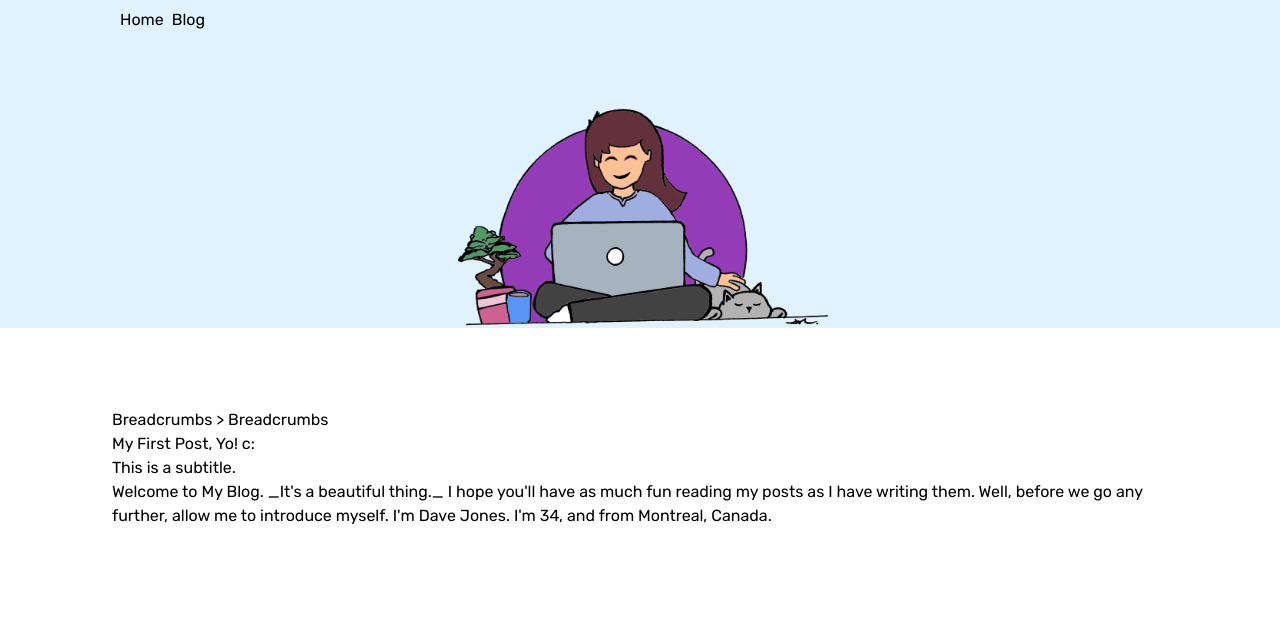
Repository: Risclover/markdown-blog
Page: /posts/1
An editor plug-in stored every save of this project. The page is shown before and after the next save, followed by the edit.
The browser window is 1280 px wide. The pictures show the whole page.
The project was rebuilt for these pictures with package versions that can differ from the ones it lists, and the page was loaded fresh each time. Also part of the build but not shown: src/components/BlogPost.js, src/pages/Home/Categories.js, src/pages/Home/Home.js, src/ErrorBoundary.js.

Above is the page before, as saved 2023-06-30 00:24:17.

### src/index.js
import React from "react";
import ReactDOM from "react-dom/client";
import { createBrowserRouter, RouterProvider } from "react-router-dom";
import "./fonts/wotfard-cufonfonts-webfont/style.css";
import postList from "./posts.json";

import "./index.css";
import App from "./App";
import ErrorPage from "./ErrorBoundary";
import PostPage from "./pages/PostPage/PostPage";
import Home from "./pages/Home/Home";
import ErrorBoundary from "./ErrorBoundary";

const router = createBrowserRouter([
  {
    path: "/",
    element: <App />,
    children: [
      {
        path: "/",
        element: <Home />,
        errorElement: <ErrorPage />,
      },
      {
        path: "/posts/:id",
        element: <PostPage postList={postList} />,
        errorElement: <ErrorBoundary />,
      },
    ],
  },
]);

const root = ReactDOM.createRoot(document.getElementById("root"));
root.render(
  <React.StrictMode>
    <RouterProvider router={router} />
  </React.StrictMode>
);

### src/fonts/wotfard-cufonfonts-webfont/style.css
/* #### Generated By: http://www.cufonfonts.com #### */

    @font-face {
    font-family: 'Wotfard Regular';
    font-style: normal;
    font-weight: normal;
    src: local('Wotfard Regular'), url('Wotfard-Regular.woff') format('woff');
    }

### src/posts.json
[{"id":4,"title":"My Third Post, Yo!?","subtitle":"No subtitle given","description":"No description given","author":"Dave Jones","date":"December 13, 2019","timestamp":1576224000,"content":"\nWelcome to My Blog. _It's a beautiful thing._ I hope you'll have as much fun reading my posts as I have writing them. Well, before we go any further, allow me to introduce myself. I'm Dave Jones. I'm 34, and from Montreal, Canada.\n"},{"id":3,"title":"My Second Post, Yo!","subtitle":"No subtitle given","description":"No description given","author":"Dave Jones","date":"December 11, 2019","timestamp":1576051200,"content":"\nWelcome to My Blog. _It's a beautiful thing._ I hope you'll have as much fun reading my posts as I have writing them. Well, before we go any further, allow me to introduce myself. I'm Dave Jones. I'm 34, and from Montreal, Canada.\n"},{"id":2,"title":"My Fourth Post, Yo!.,..","subtitle":"No subtitle given","description":"No description given","author":"Dave Jones","date":"December 16, 2019","timestamp":1576483200,"content":"\nWelcome to My Blog. _It's a beautiful thing._ I hope you'll have as much fun reading my posts as I have writing them. Well, before we go any further, allow me to introduce myself. I'm Dave Jones. I'm 34, and from Montreal, Canada.\n"},{"id":1,"title":"My First Post, Yo!","subtitle":"This is a subtitle.","description":"Happy Pride month! In this tutorial, I'll share a handful of my favourite animation tricks. You'll learn how to build an animated wavy pride flag using CSS keyframes and linear gradients. We'll also see how to make it dynamic using React. 🏳️‍🌈","author":"Dave Jones","date":"December 11, 2019","timestamp":1576051200,"content":"\nWelcome to My Blog. _It's a beautiful thing._ I hope you'll have as much fun reading my posts as I have writing them. Well, before we go any further, allow me to introduce myself. I'm Dave Jones. I'm 34, and from Montreal, Canada.\n"}]

### src/index.css
/* Importing the Rubik font from Google Fonts */

@import url("https://fonts.googleapis.com/css2?family=Rubik:ital,wght@0,300;0,400;0,500;0,600;0,700;0,800;0,900;1,300;1,400;1,500;1,600;1,700;1,800;1,900&display=swap");

### src/App.js
import "./App.css";
import { Outlet, Route, Routes } from "react-router-dom";
import Home from "./pages/Home/Home";
import NavBar from "./components/NavBar";
import Header from "./components/Header";
import HomeHeader from "./components/HomeHeader";
import postList from "./posts.json";

function App() {
  return (
    <div className="bg-white-100 min-h-screen">
      <Header>
        <NavBar />
        <HomeHeader />
      </Header>
      <div className="m-auto">
        <Outlet />
      </div>
    </div>
  );
}

export default App;

### src/pages/PostPage/PostPage.js
import React from "react";
import { useParams } from "react-router-dom";

export default function PostPage({ postList }) {
  const { id } = useParams();

  console.log("id:", id);

  const post = postList.find((post) => post.id === +id);

  console.log(post?.title);

  if (!post) return null;
  return (
    <div className="mx-auto max-w-6xl w-full px-12">
      <div className="pt-20">Breadcrumbs &gt; Breadcrumbs</div>
      <div>{post?.title} c:</div>
      <div>{post?.subtitle}</div>
      <div>{post?.content}</div>
    </div>
  );
}

### src/components/NavBar.js
import React from "react";
import { Link } from "react-router-dom";

export default function NavBar() {
  return (
    <div className="py-2">
      <ul className="flex">
        <li className="mx-2">
          <Link to={"/"}>Home</Link>
        </li>
        <li>Blog</li>
      </ul>
    </div>
  );
}

### src/components/Header.js
import React from "react";

export default function Header({ children }) {
  return (
    <header className="w-full bg-sky-100 flex flex-col">
      <div className="max-w-6xl px-12 w-full mx-auto">{children}</div>
    </header>
  );
}

### src/components/HomeHeader.js
import React from "react";
import Avatar from "../images/avatar.png";
export default function HomeHeader() {
  return (
    <div className="h-72 flex flex-col justify-end">
      <div>
        <img className="w-96 m-auto" src={Avatar} />
      </div>
    </div>
  );
}

### tailwind.config.js
/** @type {import('tailwindcss').Config} */
module.exports = {
  content: [
    "./app/**/*.{js,ts,jsx,tsx,mdx}",
    "./pages/**/*.{js,ts,jsx,tsx,mdx}",
    "./components/**/*.{js,ts,jsx,tsx,mdx}",

    // Or if using `src` directory:
    "./src/**/*.{js,ts,jsx,tsx,mdx}",
  ],
  theme: {
    fontFamily: {
      sans: ["Rubik", "sans-serif"],
    },
    extend: {},
  },
  plugins: [],
};

Loaded but not shown: public/index.html (common file); src/App.css (common file)

After the next save:
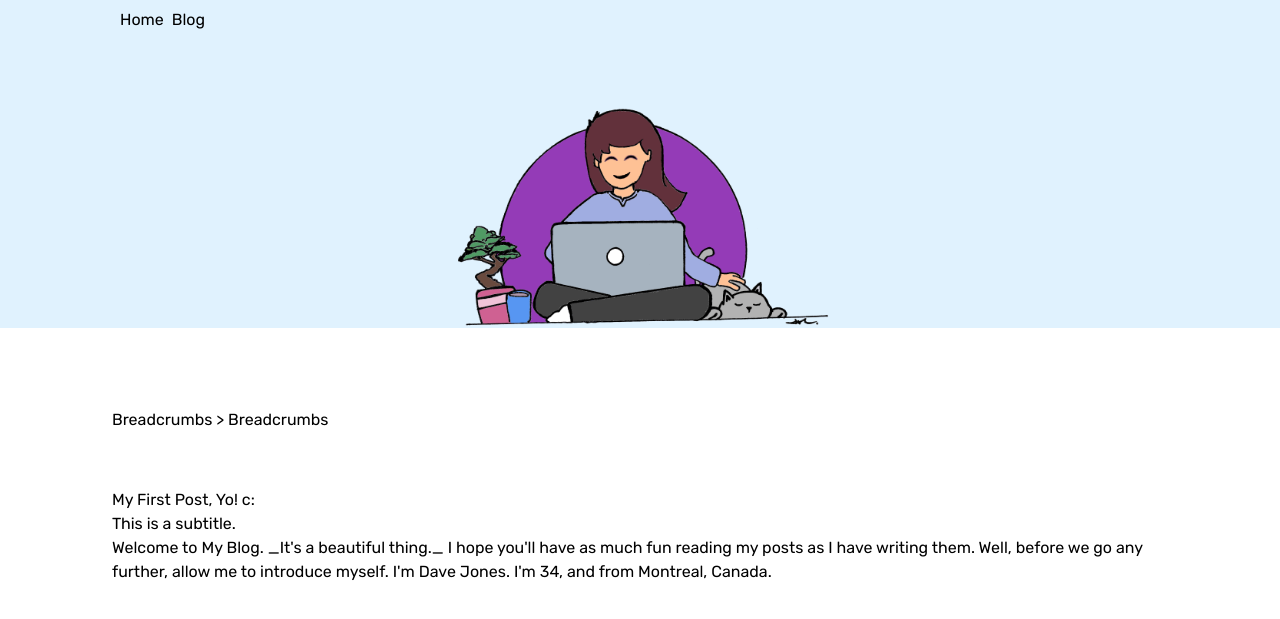
Saved 5 s later.
--- a/src/pages/PostPage/PostPage.js
+++ b/src/pages/PostPage/PostPage.js
@@ -13,7 +13,7 @@ export default function PostPage({ postList }) {
   if (!post) return null;
   return (
     <div className="mx-auto max-w-6xl w-full px-12">
-      <div className="pt-20">Breadcrumbs &gt; Breadcrumbs</div>
+      <div className="pt-20 pb-14">Breadcrumbs &gt; Breadcrumbs</div>
       <div>{post?.title} c:</div>
       <div>{post?.subtitle}</div>
       <div>{post?.content}</div>
